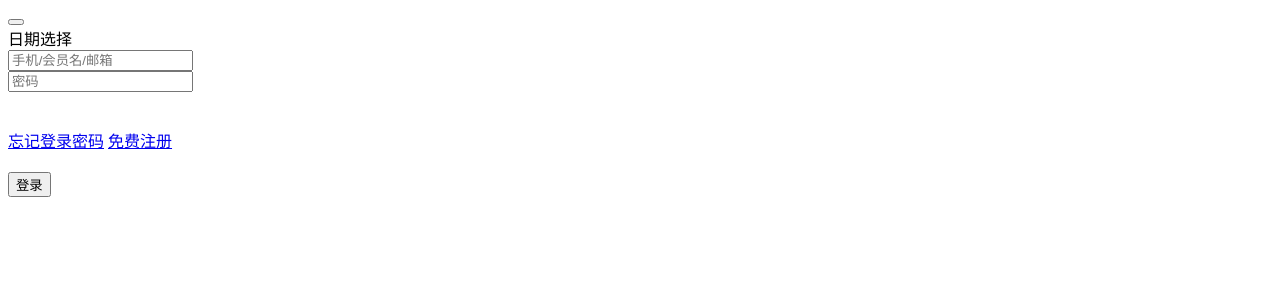
Repository: yz990219/InfectStatisticWeb
Page: http://localhost/MyInfectStatisticWeb/dateChoose.jsp
The author's editor kept a copy of each file at every save. The page is drawn from the files as they stood at one save, then again after the next save.
The browser window is 1280 px wide. The pictures show the whole page.
The page is served by Tomcat 9. Other server files are loaded and not shown.

Above is the page before, as saved 2020-03-12 10:41:43.

### MyInfectStatisticWeb/WebContent/dateChoose.jsp
<%@ page language="java" contentType="text/html; charset=utf-8"
	pageEncoding="utf-8"%>
<%@ page import="hw2.*"%>
<%@ page import="java.util.*"%>
<!DOCTYPE html>
<html>
<head>

<title>Insert title here</title>
</head>
<body>
	<form class="loginForm" action="loginServlet" method="post">
		<input type="hidden" name="type" value="login"/>
        <div id="loginSmallDiv" class="loginSmallDiv">
            <div class="loginErrorMessageDiv">
                <div class="alert alert-danger">
                    <button type="button" class="close" data-dismiss="alert" aria-label="Close"></button>
                    <span class="errorMessage"></span>
                </div>
            </div>

            <div class="login_acount_text">日期选择</div>
            <div class="loginInput ">
                <span class="loginInputIcon ">
                    <span class=" glyphicon glyphicon-user"></span>
                </span>
                <input id="name" name="name" placeholder="手机/会员名/邮箱" type="text">
            </div>

            <div class="loginInput ">
                <span class="loginInputIcon ">
                    <span class=" glyphicon glyphicon-lock"></span>
                </span>
                <input id="password" name="password" type="password" placeholder="密码" type="text">
            </div>
            <span class="text-danger"></span><br><br>

            <div>
                <a class="notImplementLink" href="#nowhere">忘记登录密码</a>
                <a href="register.jsp" class="pull-right">免费注册</a>
            </div>
            <div style="margin-top:20px">
                <button class="btn btn-block redButton" type="submit">登录</button>
            </div>
        </div>
    </form>
</body>
</html>

After the next save:
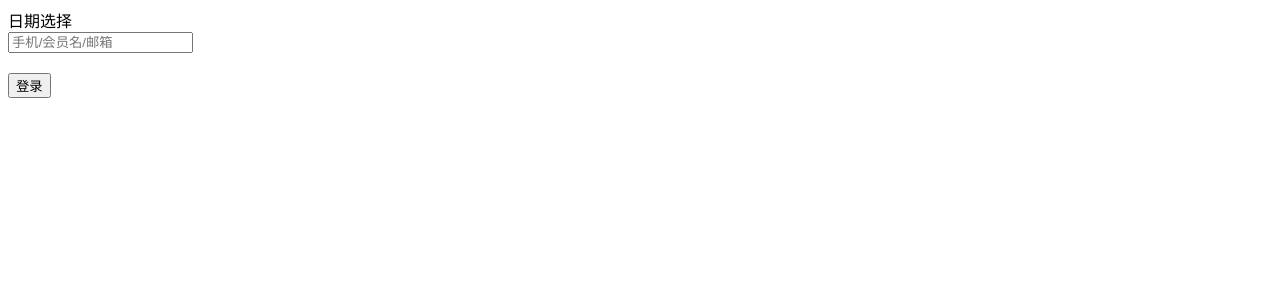
Saved 119 s later.
--- a/MyInfectStatisticWeb/WebContent/dateChoose.jsp
+++ b/MyInfectStatisticWeb/WebContent/dateChoose.jsp
@@ -11,33 +11,12 @@
 <body>
 	<form class="loginForm" action="loginServlet" method="post">
 		<input type="hidden" name="type" value="login"/>
-        <div id="loginSmallDiv" class="loginSmallDiv">
-            <div class="loginErrorMessageDiv">
-                <div class="alert alert-danger">
-                    <button type="button" class="close" data-dismiss="alert" aria-label="Close"></button>
-                    <span class="errorMessage"></span>
-                </div>
-            </div>
-
             <div class="login_acount_text">日期选择</div>
             <div class="loginInput ">
                 <span class="loginInputIcon ">
                     <span class=" glyphicon glyphicon-user"></span>
                 </span>
                 <input id="name" name="name" placeholder="手机/会员名/邮箱" type="text">
-            </div>
-
-            <div class="loginInput ">
-                <span class="loginInputIcon ">
-                    <span class=" glyphicon glyphicon-lock"></span>
-                </span>
-                <input id="password" name="password" type="password" placeholder="密码" type="text">
-            </div>
-            <span class="text-danger"></span><br><br>
-
-            <div>
-                <a class="notImplementLink" href="#nowhere">忘记登录密码</a>
-                <a href="register.jsp" class="pull-right">免费注册</a>
             </div>
             <div style="margin-top:20px">
                 <button class="btn btn-block redButton" type="submit">登录</button>
